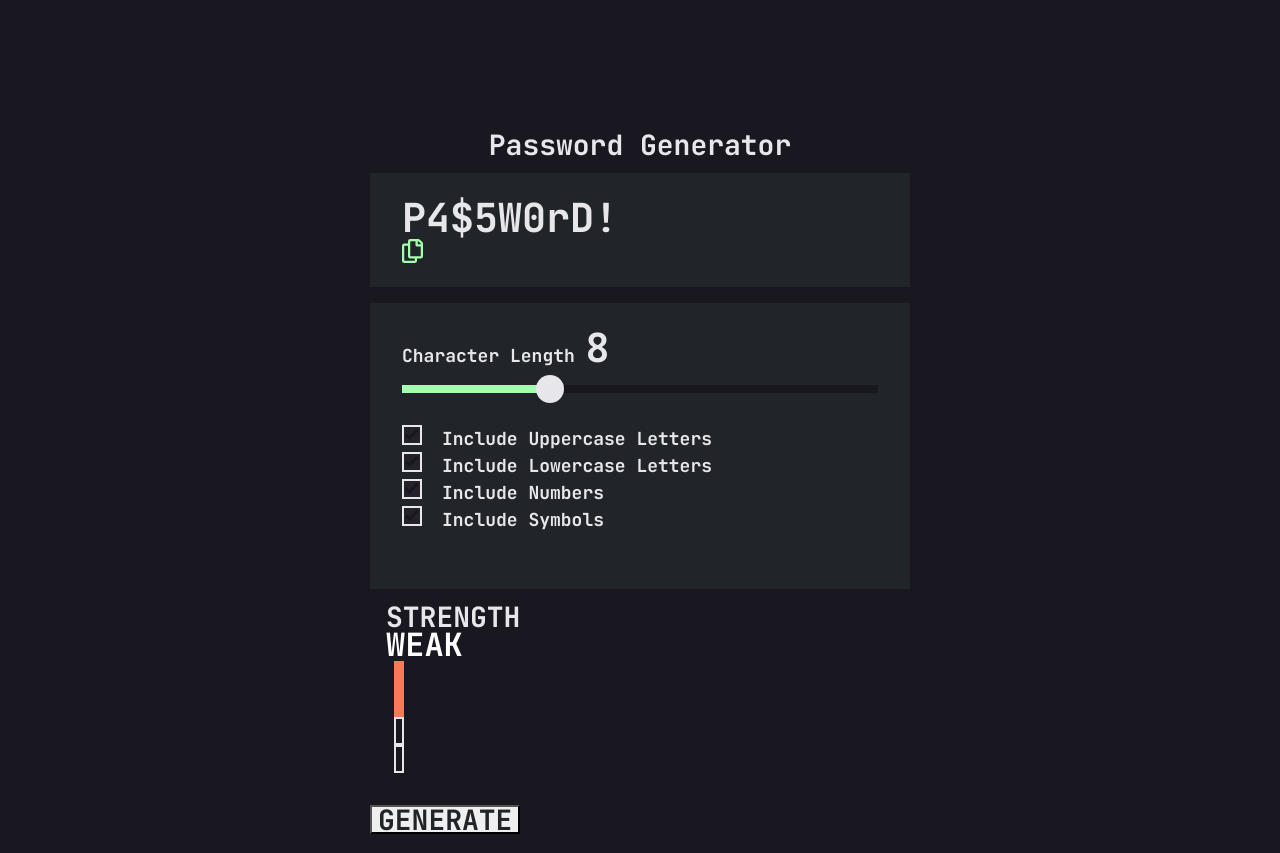
Repository: blordeus/password-generator-app
Page: starter-code/index.html
An editor plug-in stored every save of this project. The page is shown before and after the next save, followed by the edit.
The browser window is 1280 px wide. The pictures show the whole page.

Above is the page before, as saved 2023-10-05 20:20:43.

After the next save:
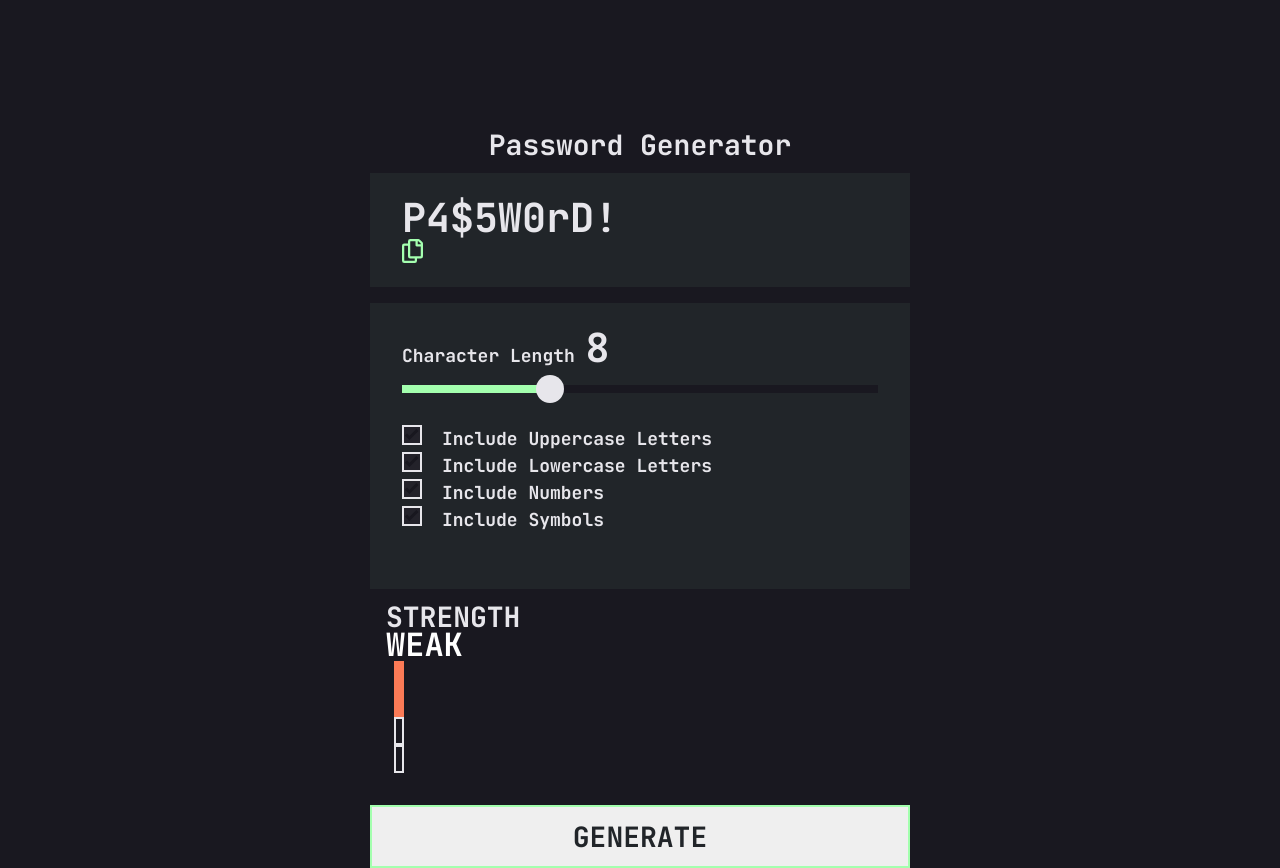
Saved 7 s later.
--- a/starter-code/index.html
+++ b/starter-code/index.html
@@ -62,7 +62,7 @@
         <div id="bar4" class="bars bar4"></div>
       </div>
     </div>
-    <button id="generateBtn" class="uppercase fs-3 bg-green text-dark">Generate</button>
+    <button id="generateBtn" class="uppercase fs-3 bg-green text-dark button">Generate</button>
 </main>
 
 </body>
